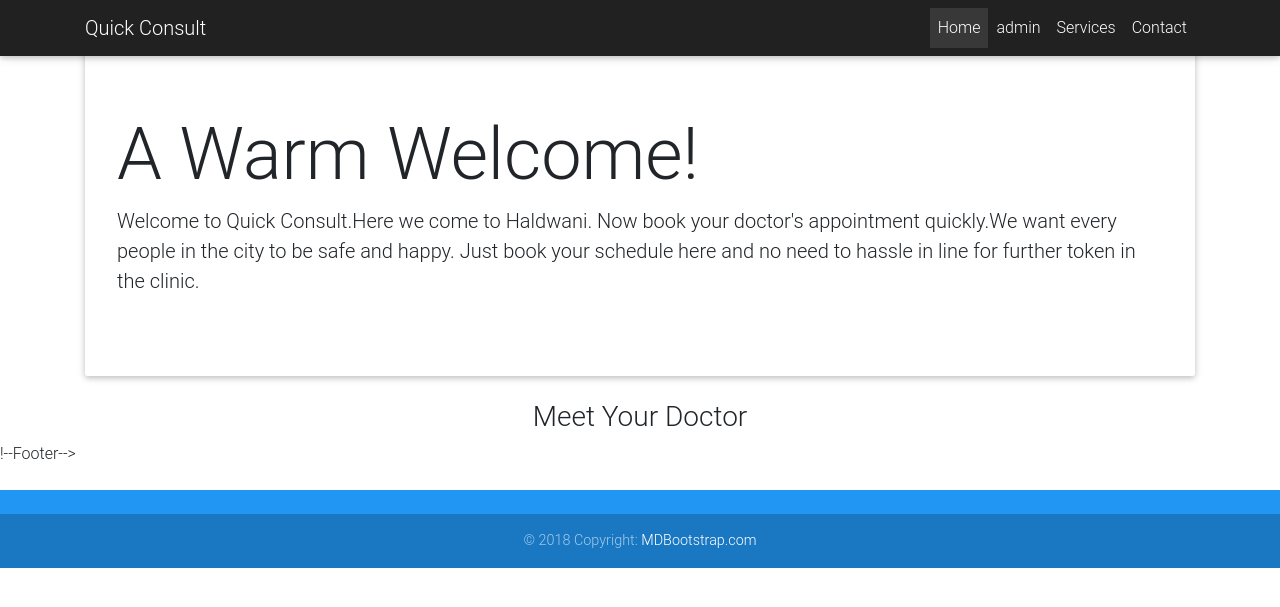
Repository: yogz-joshi/quick_consult
Page: http://localhost/
The author's editor kept a record of every edit. The page is drawn from the files as they stood at one moment, then again after the next edit.
The browser window is 1280 px wide. The pictures show the whole page.
Some web libraries are served in a nearby version. The page is served by the project's Node server (work/v2/app.js). Other server files are loaded and not shown. Queries for data that is not in the repository find no rows.

Above is the page before.

### work/v2/views/home.ejs
<% include partials/header%>
<div class="container">
    <header class="jumbotron my-4">
        <h1 class="display-3">A Warm Welcome!</h1>
        <p class="lead">Welcome to Quick Consult.Here we come to Haldwani. Now book your doctor's appointment quickly.We want every
        people in the city to be safe and happy. Just book your schedule here and no need to hassle in line for further token in the clinic.</p>
      <!--<div style="margin:0 0 auto" <a href="#" class="btn btn-primary btn-lg">Know more</a></div>-->
    </header>

    <div class="container">
    <div class="row text-center">
        <div class="col-lg-12">
           <h3>Meet Your Doctor</h3>
       </div>

     <%clinic.forEach(function(clinics){%>

        <div class="col-md-4 col-sm-6 mb-4">
              <div class="card" >
                <img class="card-img-top" style="height:10rem" src="https://www.onlinelogomaker.com/blog/wp-content/uploads/2017/07/medical-logo.jpg" alt="">
                    <div class="card-body">
                      <h4 class="card-title"><%=clinics.name%></h4>
                      <p class="card-text"><%=clinics.speciality%></p>
                      <p class="card-text">Opening/Closing Time</p>
                      <p class="card-text"><%=clinics.otime%>AM-<%=clinics.ctime%>PM</p>
                    </div>
                        <div class="card-footer">
                          <a class="btn btn-primary" href="/clinic/<%=clinics._id%>/new">Book Appointment</a>
                        </div>
                </div>
        </div>
        <% })%>
    </div>

</div>
</div>
<% include partials/footer%>

### work/v2/views/partials/header.ejs
<!DOCTYPE>
<html>
    <head>
        <title>
            Quick Consult
        </title>
               <link href="https://maxcdn.bootstrapcdn.com/bootstrap/4.0.0/css/bootstrap.min.css" rel="stylesheet">
                <!-- Font Awesome -->
                <link rel="stylesheet" href="https://maxcdn.bootstrapcdn.com/font-awesome/4.7.0/css/font-awesome.min.css">
                  <!-- Bootstrap core CSS -->
                <link href="https://cdnjs.cloudflare.com/ajax/libs/twitter-bootstrap/4.0.0/css/bootstrap.min.css" rel="stylesheet">
                <!-- Material Design Bootstrap -->
                <link href="https://cdnjs.cloudflare.com/ajax/libs/mdbootstrap/4.5.0/css/mdb.min.css" rel="stylesheet">
                <meta name="viewport" content="width=device-width, initial-scale=1, maximum-scale=1, user-scalable=no">
                <meta http-equiv="x-ua-compatible" content="ie=edge">

    </head>
    <body>


     Navigation
    <nav class="navbar  navbar-expand-sm navbar-dark bg-dark fixed-top">
      <div class="container">
        <a class="navbar-brand" href="/">Quick Consult</a>
        <button class="navbar-toggler" type="button" data-toggle="collapse" data-target="#navbarResponsive" aria-controls="navbarResponsive" aria-expanded="false" aria-label="Toggle navigation">
          <span class="navbar-toggler-icon"></span>
        </button>
        <div class="collapse navbar-collapse" id="navbarResponsive">
          <ul class="navbar-nav ml-auto">
            <li class="nav-item active">
              <a [routerLink]="['/']" class="nav-link" href="/">Home
                <span class="sr-only">(current)</span>
              </a>
            </li>
            <li class="nav-item">
              <a [routerLink]="['/clinic']" class="nav-link" href="/clinic">admin</a>
            </li>
            <li class="nav-item">
              <a [routerLink]="['#']" class="nav-link" href="#">Services</a>
            </li>
            <li class="nav-item">
              <a [routerLink]="['#']"class="nav-link" href="#">Contact</a>
            </li>
          </ul>
        </div>
      </div>
    </nav>

### work/v2/views/partials/footer.ejs
!--Footer-->
<footer class="page-footer font-small blue pt-4 mt-4">

    <!--Footer Links-->
    <div class="container-fluid text-center text-md-left">
        <div class="row">

            <!--First column-->
            <!--<div class="col-md-6">-->
            <!--    <h5 class="text-uppercase">Footer Content</h5>-->
            <!--    <p>Here you can use rows and columns here to organize your footer content.</p>-->
            <!--</div>-->
            <!--/.First column-->

            <!--Second column-->
            <!--<div class="col-md-6">-->
            <!--    <h5 class="text-uppercase">Links</h5>-->
            <!--    <ul class="list-unstyled">-->
            <!--        <li>-->
            <!--            <a href="#!">Link 1</a>-->
            <!--        </li>-->
            <!--        <li>-->
            <!--            <a href="#!">Link 2</a>-->
            <!--        </li>-->
            <!--        <li>-->
            <!--            <a href="#!">Link 3</a>-->
            <!--        </li>-->
            <!--        <li>-->
            <!--            <a href="#!">Link 4</a>-->
            <!--        </li>-->
            <!--    </ul>-->
            <!--</div>-->
            <!--/.Second column-->
        </div>
    </div>
    <!--/.Footer Links-->

    <!--Copyright-->
    <div class="footer-copyright py-3 text-center">
        © 2018 Copyright:
        <a href="https://mdbootstrap.com/material-design-for-bootstrap/"> MDBootstrap.com </a>
    </div>
    <!--/.Copyright-->

</footer>
<!--/.Footer-->

### work/v2/app.js
var express=require("express");
var app= express();
var mongoose=require("mongoose");
var methodOverride=require("method-override");
var bodyParser=require("body-parser");
var passport=require("passport");
var users=require("./models/usersM");
var clinic=require("./models/clinicM");
var admin=require("./models/adminM");
var localStrategy=require("passport-local");
var passpoprtLocalMongoose=require("passport-local-mongoose");
mongoose.connect("mongodb://localhost/all_clinics");

//var seedDB=require("./seed");
//seedDB();
app.use(require("express-session")({
    secret:"kitty is the best dog",
    resave:false,
    saveUninitialized:false
}));


app.use(bodyParser.urlencoded({extended:true}));
app.use(methodOverride("_method"));
app.use(passport.initialize());
app.use(passport.session());

passport.use(new localStrategy(admin.authenticate()));
passport.serializeUser(admin.serializeUser());
passport.deserializeUser(admin.deserializeUser());



app.set("view engine","ejs");
app.use(express.static("public"));//to use custom style sheets from public folder.
app.use(bodyParser.urlencoded({entended:true}));

// *************************************************************************************************************8
//adding clinics using form(Only Render for admin login)
app.get("/clinic",isLoggedIn,function(req,res){
    clinic.find({},function(err,allClinic){
        if(err){
            console.log(err);
        }
        else
        {
            res.render("clinic",{clinic:allClinic});
        }

    });
});

app.post("/clinic",function(req,res){
    var name= req.body.cname;
    var sp=req.body.special;
    var open=req.body.openAt;
    var close=req.body.closeAt;
     var lhrs=req.body.lunchHrs;
      var lstarts=req.body.lunchAt;
       var lovers=req.body.lunchOverAt;
       var closed=0;
    var newClinic={name:name,speciality:sp,otime:open,ctime:close,lunch_hrs:lhrs,lunch_at:lstarts,lunch_over:lovers,date_close:closed};
    clinic.create(newClinic,function(err,clinics)
    {
        if(err){
            console.log(err);

        }else
        {   req.flash("info", "Flash is back!");
            res.redirect("/clinic/new");
        }
    });
});
app.get("/clinic/new",isLoggedIn,function(req, res) {
    res.render("form1");

});
// **********************************************************************************************
// Home Page viewed to the User

app.get("/",function(req,res){
    clinic.find({},function(err,allClinic){
        if(err){
            console.log(err);
        }
        else
        {
            res.render("home",{clinic:allClinic});
        }

    });
});
// ******************************************************************************************
// deleting clinic
app.delete("/clinic/:id",function(req,res){
    clinic.findByIdAndRemove(req.params.id,function(err){
        if(err)
        {
            console.log(err);

        }else
        {
            res.redirect("/clinic");
        }
    });
});



//  ******************************************************************************************************
//  making appointmnet


 app.post("/clinic/:id",function(req,res){
     clinic.findById(req.params.id,function(err,allclinics){
         if(err){
             res.redirect("clinic");
         }else{
             console.log(req.body.users.date);
             console.log(allclinics.date_close);
             var a=Date.parse(req.body.users.date);
             var b=Date.parse(allclinics.date_close);
             if(a === b){
                //  req.flash("err","The Clinic is Closed today.Plaese book tommorow!!");
                  res.redirect("/clinic/"+req.params.id+"/new");

             }else{

                    users.create(req.body.users,function(err,allusers){
                    if(err){
                     console.log("err");
                    }else{
                     allclinics.users.push(allusers);
                     allclinics.save();
                    //req.flash("success","Appointment Sucessful.SMS is sent toyour mobile number");
                     res.redirect("/");
                 }

             });

             }
         }
     });
 });

 app.get("/clinic/:id/new",function(req,res){
    clinic.findById(req.params.id,function (err,allClinic) {
        if(err){
            console.log(err);
        }else{
            res.render("form2",{clinics:allClinic});
        }

    });


});
// ************************************ ************************************* *************************************
app.post("/clinic/:id/record",function(req,res){
    clinic.findById(req.params.id).populate({path:'users',match :{$and: [{date : req.body.search},{time : req.body.timesearch}]}, options:{ sort:{time :1}} }).exec(function(err,allclinic){
        if(err){
            console.log(err);
        }else{
           // console.log(allclinic);
            res.render("user_record",{clinic:allclinic});
        }
    });
});
// ****************************************************************************************************************
//View user record and update clinic close date..(Only for Admin Account)


app.get("/clinic/:id/record",function(req,res){
    clinic.findById(req.params.id).populate({path:'users',options:{ sort:{date : 1}}}).exec(function(err,allclinic){
        if(err){
            console.log(err);
        }else{
           // console.log(allclinic);
            res.render("user_record",{clinic:allclinic});
        }
    });
});
app.get("/clinic/:id/update",isLoggedIn,function(req,res){
     clinic.findById(req.params.id,function (err,allClinic) {
        if(err){
            console.log(err);
        }else{
            res.render("UpdateDate",{clinics:allClinic});
        }

    });
});
// to update the closed clinic date
app.put("/clinic/:id/update",function(req,res){


    clinic.findByIdAndUpdate(req.params.id,req.body.clinic,function(err,allclinic){
        if(err){
            console.log(err);
        }else{
            res.redirect("/clinic");
        }
    });
});
// ********************************************************************************************
// REGISTER ADMIN ROUTE
// app.get("/register",function(req,res){
//     res.render("signin");
// });

// app.post("/register",function(req,res){
//     admin.register(new admin({username:req.body.username}),req.body.password,function(err,admin){
//         if(err){
//             console.log(err);
//             return res.render('signin');
//         }
//         else{
//             passport.authenticate("local")(req,res,function(){
//                 res.redirect("/clinic");
//             });
//         }
//     });
// });
// ************************************************************************************************
// LOGIN ROUTES
app.get("/login",function(req,res){
    res.render("login");
});
//middleware
app.post("/login",passport.authenticate("local",{
    successRedirect:"/clinic",
    failureRedirect:"/login"
}),function(req,res){

});
// LOGOUT ROUTE
app.get("/logout",function(req,res){
    req.logout();
    res.redirect("/login");
});
// Middleware for checking the active session/authentication
function isLoggedIn(req,res,next){
    if(req.isAuthenticated()){
        return next();
    }
    res.redirect("/login");
}
// **************************************************************************************************

// Running the Server
app.listen(process.env.PORT,process.env.IP,function(){
    console.log("Server Started");
});

After the next edit:
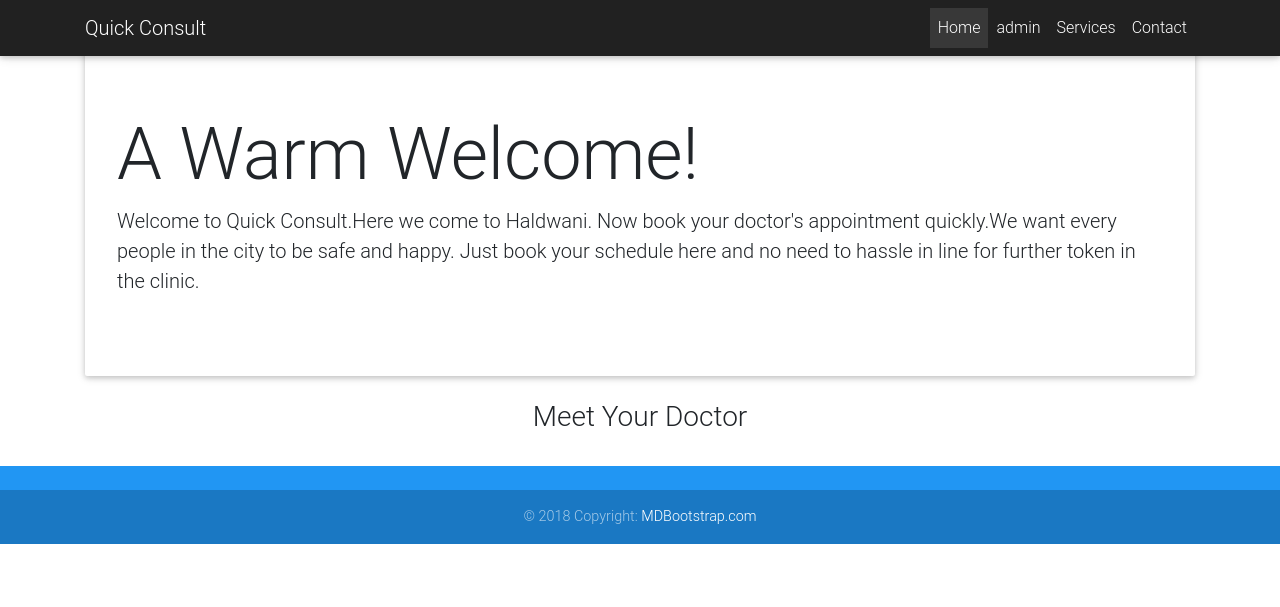
The edit:
--- a/work/v2/views/partials/footer.ejs
+++ b/work/v2/views/partials/footer.ejs
@@ -1,4 +1,4 @@
-!--Footer-->
+
 <footer class="page-footer font-small blue pt-4 mt-4">
 
     <!--Footer Links-->
